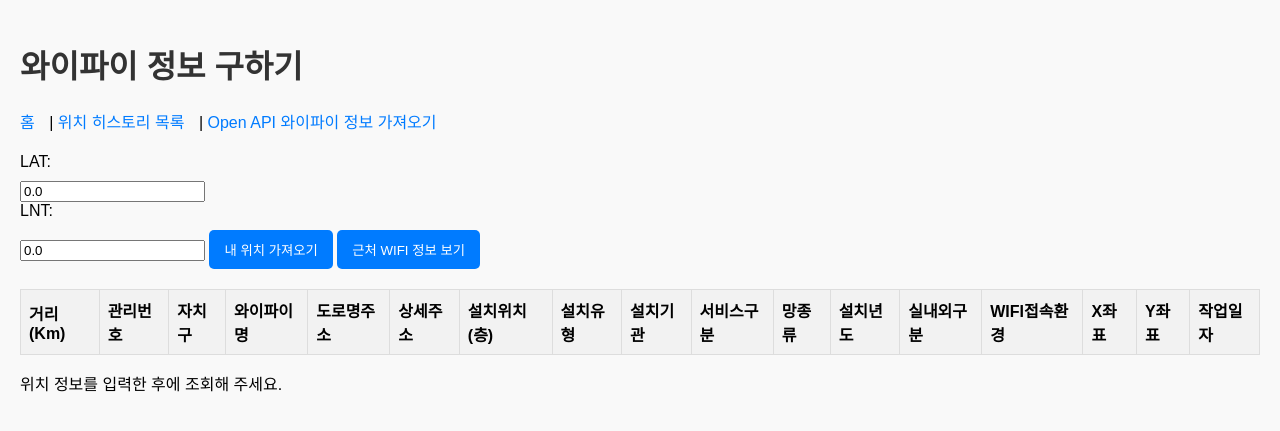
Repository: sangpyolee0/zerobase_task
Page: http://localhost/WifiProject/
These files come from the project's save history. The page is drawn as it stood at one moment and after the next save; the edit follows.
The browser window is 1280 px wide. The pictures show the whole page.
The page is served by Tomcat 9. Other server files are loaded and not shown.

Above is the page before, as saved 2024-12-08 18:17:02.

### WifiProject/src/main/webapp/index.jsp
<%@ page language="java" contentType="text/html; charset=UTF-8" pageEncoding="UTF-8"%>
<!DOCTYPE html>
<html>
<head>
    <link rel="stylesheet" type="text/css" href="css/style.css">
    <title>와이파이 정보 구하기</title>
</head>
<body>
    <div class="container">
        <h1>와이파이 정보 구하기</h1>
        <nav>
            <a href="index.jsp">홈</a>
            <span>|</span>
            <a href="history.jsp">위치 히스토리 목록</a>
            <span>|</span>
            <a href="add-wifi.jsp">Open API 와이파이 정보 가져오기</a>
        </nav>
        <form id="wifiForm">
            <label for="lat">LAT:</label>
            <input type="text" id="lat" name="lat" value="0.0" placeholder="위도 입력">
            <label for="lnt">LNT:</label>
            <input type="text" id="lnt" name="lnt" value="0.0" placeholder="경도 입력">
            <button type="button" onclick="fetchLocation()">내 위치 가져오기</button>
            <button type="button" onclick="fetchWifiData()">근처 WIFI 정보 보기</button>
        </form>
        <table>
            <thead>
                <tr>
                    <th>거리(Km)</th>
                    <th>관리번호</th>
                    <th>자치구</th>
                    <th>와이파이명</th>
                    <th>도로명주소</th>
                    <th>상세주소</th>
                    <th>설치위치(층)</th>
                    <th>설치유형</th>
                    <th>설치기관</th>
                    <th>서비스구분</th>
                    <th>망종류</th>
                    <th>설치년도</th>
                    <th>실내외구분</th>
                    <th>WIFI접속환경</th>
                    <th>X좌표</th>
                    <th>Y좌표</th>
                    <th>작업일자</th>
                </tr>
            </thead>
            <tbody id="wifiTable">
                <!-- 데이터가 렌더링됩니다. -->
            </tbody>
        </table>
        <p class="message">위치 정보를 입력한 후에 조회해 주세요.</p>
    </div>
</body>
<script>
    function fetchLocation() {
        // 브라우저의 Geolocation API 사용
        if (navigator.geolocation) {
            navigator.geolocation.getCurrentPosition(function(position) {
                document.getElementById('lat').value = position.coords.latitude.toFixed(6);
                document.getElementById('lnt').value = position.coords.longitude.toFixed(6);
                alert('위치가 성공적으로 설정되었습니다!');
            }, function(error) {
                alert('위치를 가져오는 중 오류가 발생했습니다.');
            });
        } else {
            alert('이 브라우저는 위치 서비스를 지원하지 않습니다.');
        }
    }

    function fetchWifiData() {
        // 사용자가 입력한 LAT, LNT 값
        const lat = document.getElementById('lat').value;
        const lnt = document.getElementById('lnt').value;

        // AJAX 요청을 통해 데이터 가져오기
        fetch(`nearby-wifi.jsp?lat=${lat}&lnt=${lnt}`)
            .then(response => response.json())
            .then(data => {
                const tableBody = document.getElementById('wifiTable');
                tableBody.innerHTML = ''; // 기존 데이터 초기화
                data.forEach(wifi => {
                    const row = document.createElement('tr');
                    row.innerHTML = `
                        <td>${wifi.distance}</td>
                        <td>${wifi.name}</td>
                        <td>${wifi.address}</td>
                        <td>${wifi.details}</td>
                        <td>${wifi.lat}</td>
                        <td>${wifi.lnt}</td>
                    `;
                    tableBody.appendChild(row);
                });
            })
            .catch(error => {
                console.error('Error fetching WiFi data:', error);
                alert('WiFi 데이터를 가져오는 중 오류가 발생했습니다.');
            });
    }
</script>
</html>

### WifiProject/src/main/webapp/css/style.css
/* style.css */
body {
    font-family: Arial, sans-serif;
    margin: 0;
    padding: 20px;
    background-color: #f9f9f9;
}

h1, h3 {
    color: #333;
}

nav {
    margin-bottom: 20px;
}

nav a {
    text-decoration: none;
    color: #007BFF;
    margin-right: 10px;
}

nav a:hover {
    text-decoration: underline;
}

form label {
    display: block;
    margin-bottom: 10px;
}

button {
    background-color: #007BFF;
    color: white;
    border: none;
    padding: 10px 15px;
    cursor: pointer;
    border-radius: 5px;
}

button:hover {
    background-color: #0056b3;
}

table {
    width: 100%;
    border-collapse: collapse;
    margin-top: 20px;
}

table th, table td {
    border: 1px solid #ddd;
    padding: 8px;
    text-align: left;
}

table th {
    background-color: #f2f2f2;
}

### WifiProject/src/main/webapp/css/index.css
/* 기본 스타일 */
body {
    font-family: Arial, sans-serif;
    margin: 0;
    padding: 20px;
    background-color: #f9f9f9;
}

/* 컨테이너 */
.container {
    width: 90%;
    max-width: 1200px;
    margin: 0 auto;
}

/* 헤더 */
h1 {
    font-size: 24px;
    color: #333;
    margin-bottom: 20px;
}

/* 네비게이션 */
nav {
    margin-bottom: 20px;
}

nav a {
    text-decoration: none;
    color: #007BFF;
    margin: 0 5px;
    font-size: 14px;
}

nav span {
    color: #007BFF; /* 링크 색상과 동일 */
    margin: 0 5px;
    font-size: 14px;
    cursor: default;
}

nav a:hover, nav span:hover {
    text-decoration: underline;
}

/* 폼 */
form {
    display: flex;
    align-items: center;
    gap: 10px;
    margin-bottom: 20px;
}

form label {
    font-weight: bold;
}

form input {
    padding: 5px;
    border: 1px solid #ccc;
    border-radius: 4px;
    width: 100px;
    height: 30px;
}

form input::placeholder {
    color: #bbb;
}

form button {
    padding: 5px 10px;
    border: 1px solid #ccc;
    background-color: #f5f5f5;
    color: #333;
    border-radius: 4px;
    cursor: pointer;
    height: 30px;
    font-weight: bold;
}

form button:hover {
    background-color: #e0e0e0;
}

/* 테이블 */
table {
    width: 100%;
    border-collapse: collapse;
}

table th, table td {
    border: 1px solid #ddd;
    padding: 8px;
    text-align: center;
    font-size: 14px;
}

table th {
    background-color: #4CAF50;
    color: white;
    font-weight: bold;
}

table tr:nth-child(even) {
    background-color: #f2f2f2;
}

table tr:hover {
    background-color: #ddd;
}

/* 메시지 스타일 */
.message {
    text-align: center;
    color: #666;
    margin-top: 20px;
}

After the next save:
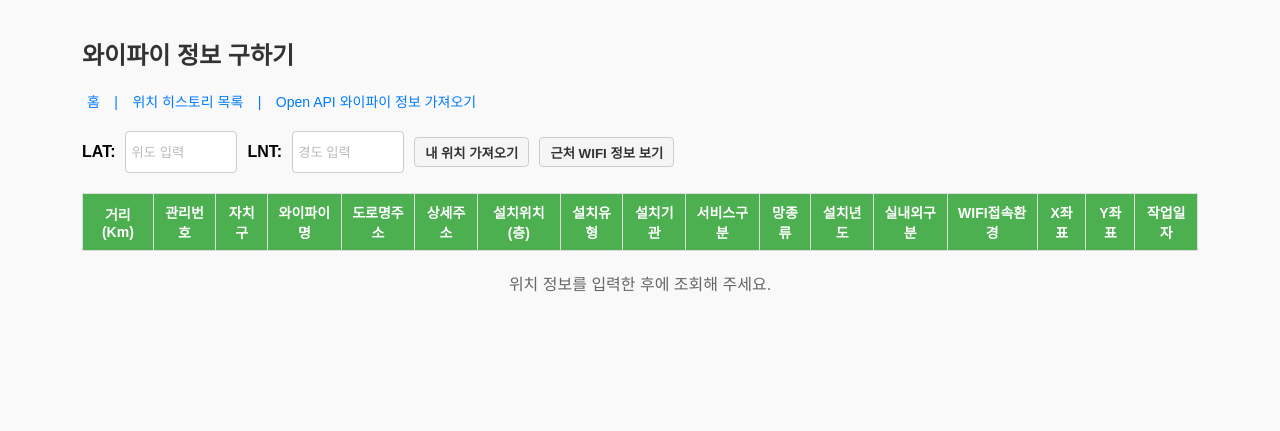
Saved 2 min 56 s later.
--- a/WifiProject/src/main/webapp/index.jsp
+++ b/WifiProject/src/main/webapp/index.jsp
@@ -2,7 +2,7 @@
 <!DOCTYPE html>
 <html>
 <head>
-    <link rel="stylesheet" type="text/css" href="css/style.css">
+    <link rel="stylesheet" type="text/css" href="css/index.css">
     <title>와이파이 정보 구하기</title>
 </head>
 <body>
@@ -17,9 +17,9 @@
         </nav>
         <form id="wifiForm">
             <label for="lat">LAT:</label>
-            <input type="text" id="lat" name="lat" value="0.0" placeholder="위도 입력">
+            <input type="text" id="lat" name="lat" placeholder="위도 입력">
             <label for="lnt">LNT:</label>
-            <input type="text" id="lnt" name="lnt" value="0.0" placeholder="경도 입력">
+            <input type="text" id="lnt" name="lnt" placeholder="경도 입력">
             <button type="button" onclick="fetchLocation()">내 위치 가져오기</button>
             <button type="button" onclick="fetchWifiData()">근처 WIFI 정보 보기</button>
         </form>
